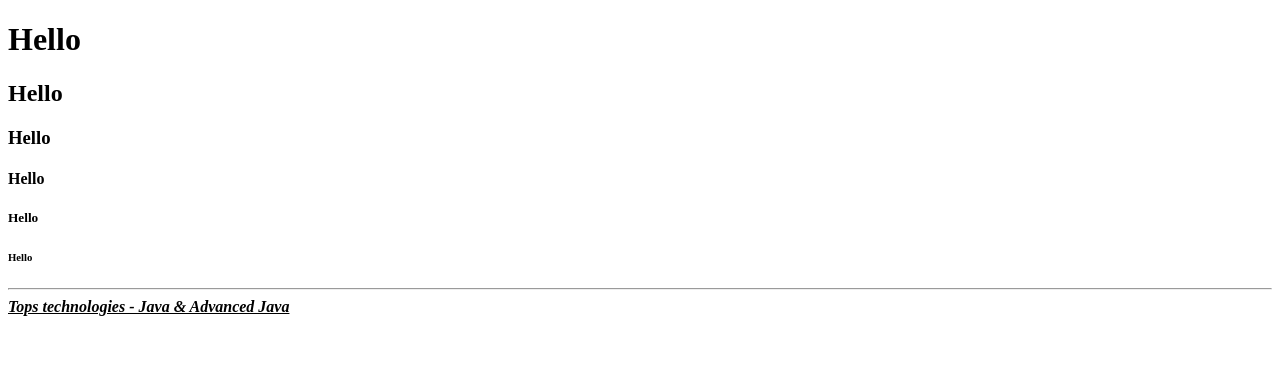
Repository: Chintan-elite/Java_Shail
Page: Learning_web/src/main/webapp/index.html
These files come from the project's save history. The page is drawn as it stood at one moment and after the next save; the edit follows.
The browser window is 1280 px wide. The pictures show the whole page.

Above is the page before, as saved 2023-09-08 11:58:38.

After the next save:
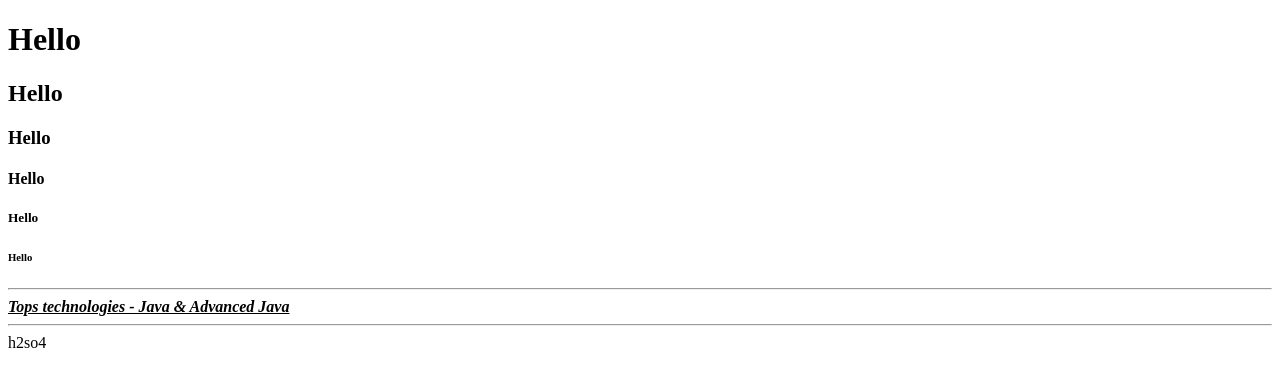
Saved 53 s later.
--- a/Learning_web/src/main/webapp/index.html
+++ b/Learning_web/src/main/webapp/index.html
@@ -17,7 +17,9 @@
 
 	<strong><i><u>Tops technologies - Java & Advanced Java</u> </i></strong>
 
+	<hr>
 
+	h2so4
 
 
 
